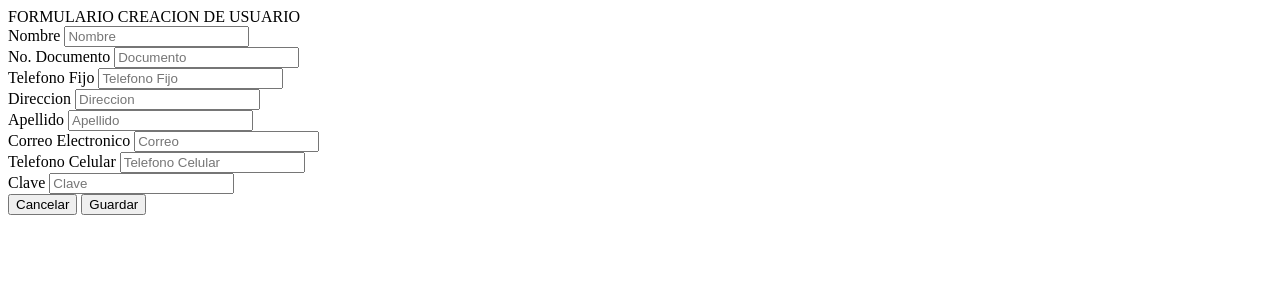
Repository: DA5CH25/kohaku_php
Page: http://localhost/kohaku_php/views/modules/editar.php
These files come from the project's save history. The page is drawn as it stood at one moment and after a run of saves; the edit follows.
The browser window is 1280 px wide. The pictures show the whole page.
The page is run by PHP 8.4 with error messages shown; the project is at /var/www/html/.

Above is the page before, as saved 2021-05-22 15:06:56.

After the next 2 saves:
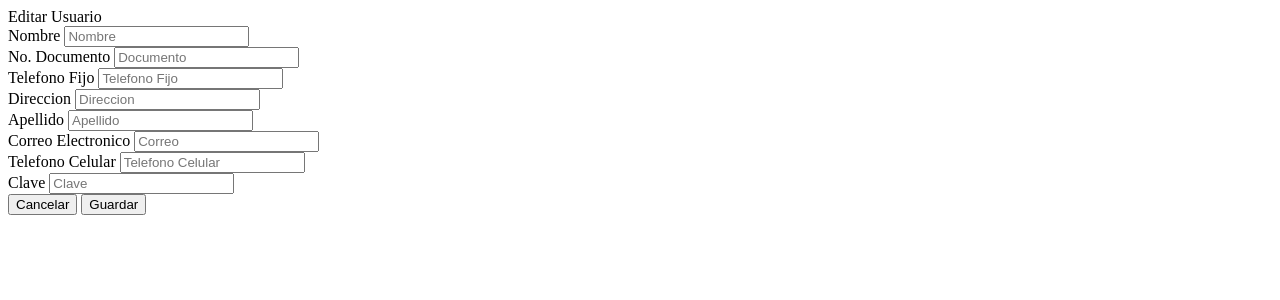
The 2 saves are shown as one change because they came seconds apart.
The last was saved 97 s later.
--- a/views/modules/editar.php
+++ b/views/modules/editar.php
@@ -18,7 +18,7 @@ if(isset($_POST['first_name']) && isset($_POST['last_name']) && isset($_POST['em
 <div class="col-xl-12 col-lg-12 col-md-12 col-sm-12 col-12">
 							<div class="card h-100">
 								<div class="card-header">
-									<div class="card-title">FORMULARIO CREACION DE USUARIO</div>
+									<div class="card-title">Editar Usuario</div>
 								</div>
 								<div class="card-body">
 									<div class="row gutters">
